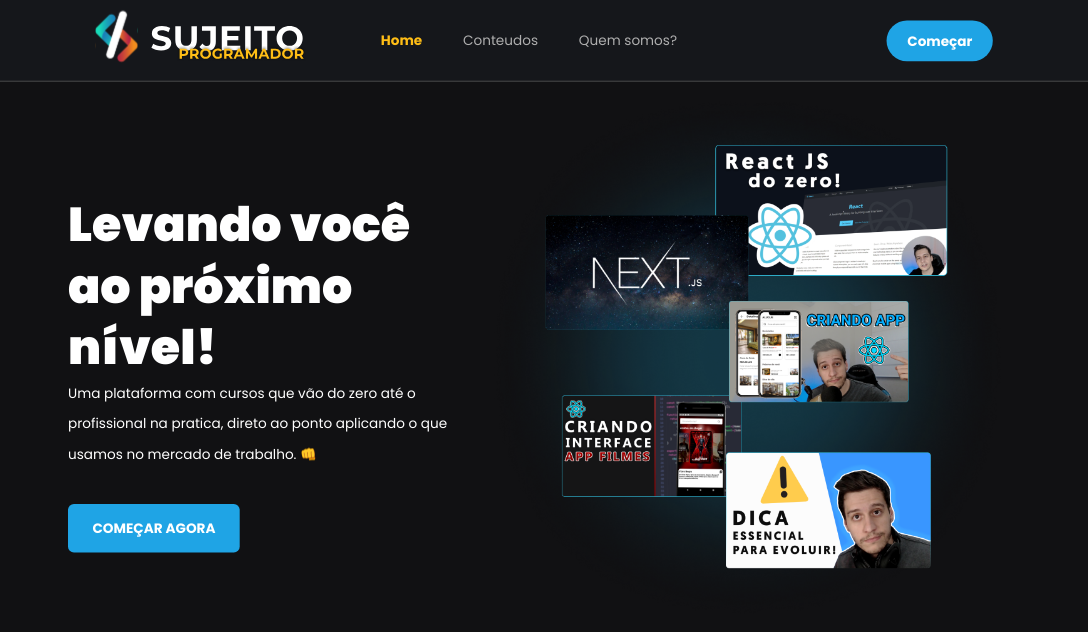
Repository: ArthurHendrich/Blog
Page: /
An editor plug-in stored every save of this project. The page is shown before and after the next save, followed by the edit.
The browser window is 1280 px wide. The pictures show the whole page, at 85% of full size.
The project was rebuilt for these pictures with package versions that can differ from the ones it lists, and the page was loaded fresh each time. The framework's server and built-in components were replaced by stand-ins that run in the browser. Also part of the build but not shown: next.config.js.

Above is the page before, as saved 2022-07-05 23:48:21.

### src/pages/_app.tsx
import { AppProps } from "next/app";
import { Header } from "../components/header";

import '../styles/global.scss';

function MyApp({ Component, pageProps }: AppProps) {
  return (
    <>
    <Header />
    <Component {...pageProps} />
    </>
  );
}

export default MyApp;

### src/pages/_document.tsx
import Document, { Html, Head, Main, NextScript } from "next/document";

export default class MyDocument extends Document {
  render() {
    return (
      <Html>
        <Head>
          <link rel="preconnect" href="https://fonts.googleapis.com" />
          <link
            href="https://fonts.googleapis.com/css2?family=Poppins:wght@400;500;700;900&display=swap"
            rel="stylesheet"
          />
          <link rel="shortcut icon" href="favicon.png" type="image/png" />
        </Head>
        <body>
          <Main />
          <NextScript />
        </body>
      </Html>
    );
  }
}

### src/pages/index.tsx
import Head from 'next/head';

import styles from '../styles/home.module.scss';

export default function Home() {
  return (
    <>
    <Head>
      <title>Home | Bootcamp</title>
    </Head>

    <main className={styles.container}>
      <div className={styles.containerHeader}>
        <section className={styles.ctaText}>
          <h1>Levando você ao próximo nível!</h1>
          <span>Uma plataforma com cursos que vão do zero até o profissional na pratica, direto ao ponto aplicando o que usamos no mercado de trabalho. 👊</span>
          <a>
            <button>
              COMEÇAR AGORA
            </button>
          </a>
        </section>
          <img src="/images/banner-conteudos.png" alt="Conteúdos" />
      </div>
    </main>
    </>
  )
}

### src/components/header/index.tsx
import Image from 'next/image';
import styles from './styles.module.scss';
import log from '../../../public/images/logo.svg';
import { ActiveLink } from '../ActiveLink';


export function Header() {
  return(
    <header className={styles.headerContainer}>
      <div className={styles.headerContent}>
      <ActiveLink href="/" activeClassName={styles.active}>
        <a>
          <Image src={log} alt="Logo"/>
        </a>
      </ActiveLink>

        <nav>
          <ActiveLink href="/" activeClassName={styles.active}>
            <a>Home</a>
          </ActiveLink>

          <ActiveLink href="/posts" activeClassName={styles.active}>
            <a>Conteudos</a>
          </ActiveLink>

          <ActiveLink href="/sobre" activeClassName={styles.active}>
            <a>Quem somos?</a>
          </ActiveLink>
        </nav>

        <a className={styles.readyButton} href="https://github.com/ArthurHendrich">Começar</a>
      </div>
    </header>
  )
}

### src/styles/global.scss
* {
  margin: 0;
  padding: 0;
  box-sizing: border-box;
}

:root {
  --white: #FFF;

  --gray-100: #AFAFAF;
  --gray-200: #525252;
  --gray-700: #15171b;
  --gray-900: #111113;

  --blue-900: #1fa4e5;
  --yellow-500: #FFBE16;
}

@media (max-width: 1080px) {
  html {
    font-size: 93.75%;
  }
}

@media (max-width: 720px) {
  html {
    font-size: 87.5%;
  }
}

body{
  background: var(--gray-900);
}

body, input, textarea, select, button {
  font: 400 1rem 'Poppins', sans-serif;
}

button {
  cursor: pointer;
}

a {
  color: inherit;
  text-decoration: none;
}

### src/styles/home.module.scss
.container {
  display: block;
}

.containerHeader{
  min-height: calc(100vh - 5rem);
  margin: 0 auto;
  max-width: 1120px;

  display: flex;
  align-items: center;
  justify-content: space-between;

  img{
    max-width: 640px;
  }
}

.ctaText {
  max-width: 600px;

  h1 {
    font-size: 3.5rem;
    line-height: 4.5rem;
    font-weight: 900;
    margin-top: 2.5rem;
    color: var(--white);
  }

  span{
    font-size: 1rem;
    line-height: 2.25rem;
    color: var(--white);
  }

  button {
    background-color: var(--blue-900);
    border: 0;
    padding: 1rem 1.8rem;
    margin-top: 2.5rem;
    border-radius: 7px;
    color: var(--white);
    font-weight: bold;
    transition: filter ease 0.2s;

    &:hover {
      filter: brightness(0.9);
    }
  }
}

### src/components/header/styles.module.scss
.headerContainer {
  height: 6rem;
  border-bottom: 1px solid var(--gray-200);
  background: var(--gray-700);
}

.headerContent {
  max-width: 1120px;
  height: 6rem;
  margin: 0 auto;
  padding: 0 2rem;

  display: flex;
  align-items: center;

  img {
    cursor: pointer;
  }

  nav {
    margin-left: 5rem;
    height: 6rem;

    a {
      display: inline-block;
      position: relative;
      padding: 0 0.5rem;
      height: 6rem;
      line-height: 6rem;
      color: var(--gray-100);
      transition: color 0.2s;

      & + a {
        margin-left: 2rem;
      }

      &:hover {
        color: var(--white);
      }

      &.active{
        color: var(--yellow-500);
        font-weight: bold;
      }
    }
  }
}

.readyButton {
  margin-left: auto;
  height: 3rem;
  border-radius: 3rem;
  background: var(--blue-900);
  border: 0;
  padding: 0 1.5rem;
  display: flex;
  align-items: center;
  justify-content: center;
  color: var(--white);
  font-weight: bold;
  transition: filter 0.2s;

  &:hover {
    filter: brightness(1.1)
  }
}

@media (max-width: 870px){
  .headerContainer {
    height: 11rem;
    padding: 0.5rem 0;
  }

  .headerContent {
    display: flex;
    flex-direction: column;

    nav {
      display: block;
      margin-left: auto;
      margin-right: auto;
    }

    .readyButton {
      display: none;
    }
  }
}

### src/components/ActiveLink/index.tsx
import Link, { LinkProps } from "next/link";
import { useRouter } from "next/router";
import { cloneElement, ReactElement } from "react";

interface ActiveLinkProps extends LinkProps {
  children: ReactElement;
  activeClassName: string;
}

export function ActiveLink ({ children, activeClassName, ...rest }: ActiveLinkProps) {
  const { asPath } = useRouter();

  const className = asPath === rest.href ? activeClassName : '';


  return (
    <Link {...rest}>
      {cloneElement(children, { className })}
    </Link>
  )
}

After the next save:
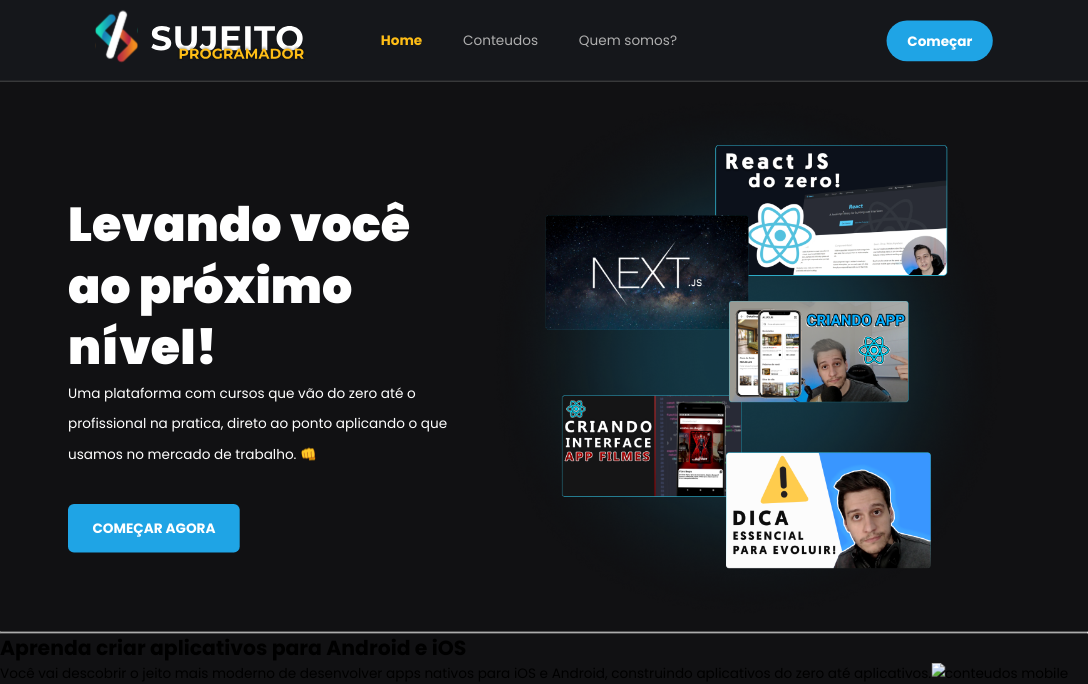
Not found: images/financasApp.pngc
Saved 4 min 4 s later.
--- a/src/pages/index.tsx
+++ b/src/pages/index.tsx
@@ -22,6 +22,15 @@
         </section>
           <img src="/images/banner-conteudos.png" alt="Conteúdos" />
       </div>
+
+      <hr className={styles.divisor} />
+
+      <div className={styles.sectionContent} >
+        <h2>Aprenda criar  aplicativos para Android e iOS</h2>
+        <span>Você vai descobrir o jeito mais moderno de desenvolver apps nativos para iOS e Android, construindo aplicativos do zero até aplicativos.</span>
+        <img src="/images/financasApp.pngc" alt="conteudos mobile" />
+      </div>
+
     </main>
     </>
   )

After the save that followed:
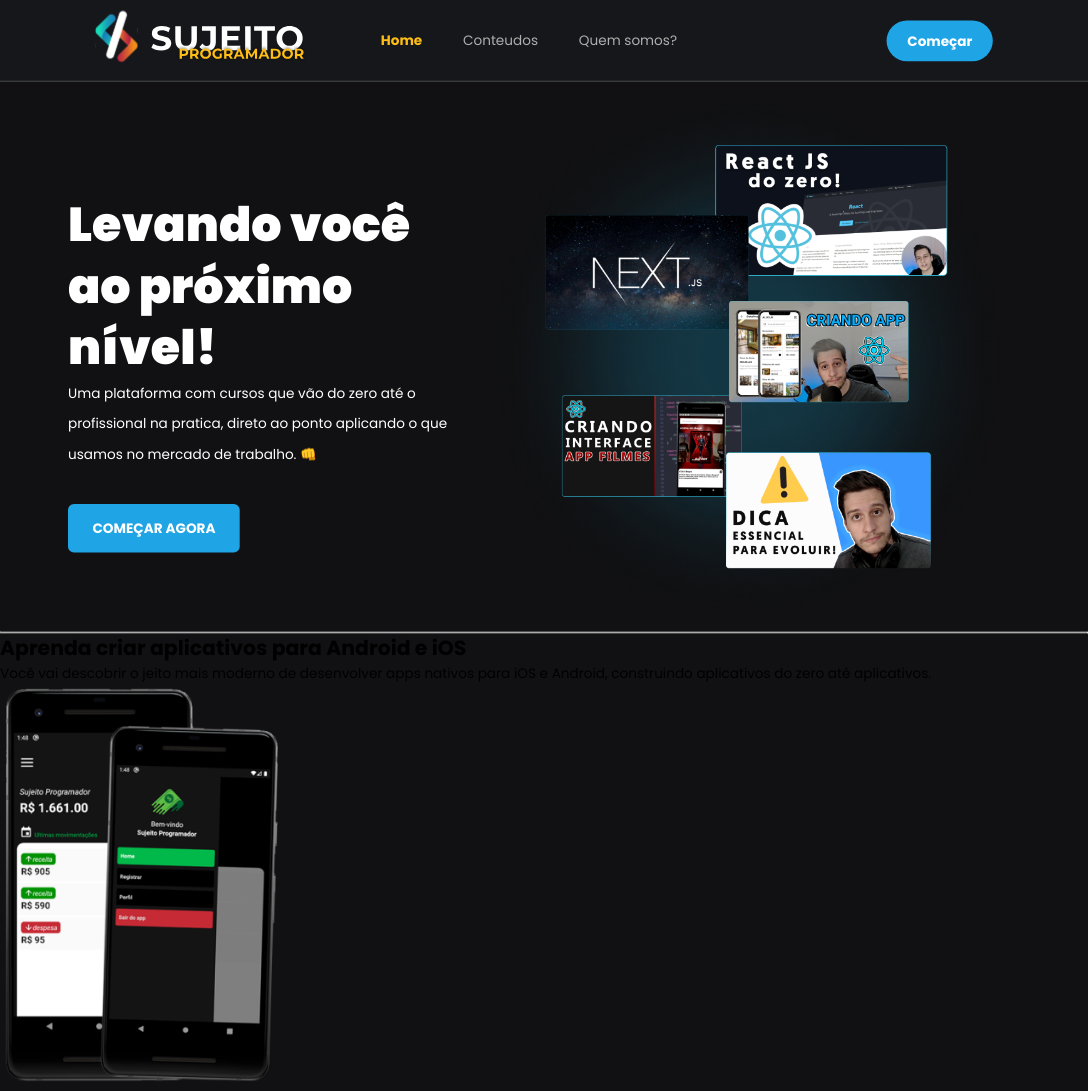
Saved 7 s later.
--- a/src/pages/index.tsx
+++ b/src/pages/index.tsx
@@ -28,7 +28,7 @@
       <div className={styles.sectionContent} >
         <h2>Aprenda criar  aplicativos para Android e iOS</h2>
         <span>Você vai descobrir o jeito mais moderno de desenvolver apps nativos para iOS e Android, construindo aplicativos do zero até aplicativos.</span>
-        <img src="/images/financasApp.pngc" alt="conteudos mobile" />
+        <img src="/images/financasApp.png" alt="conteudos mobile" />
       </div>
 
     </main>
